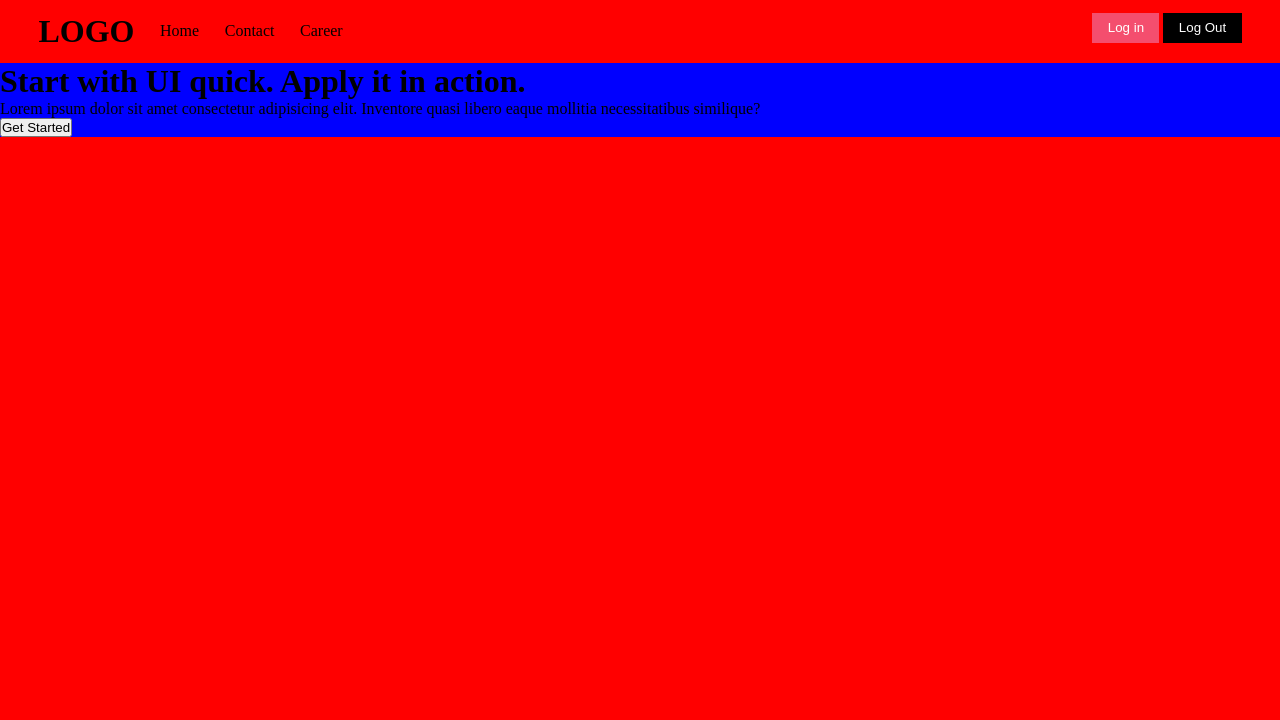
Repository: Ashishchakravartii/landingPage
Page: index.html
These files come from the project's save history. The page is drawn as it stood at one moment and after the next save; the edit follows.
The browser window is 1280 px wide. The pictures show the whole page.

Above is the page before, as saved 2024-07-24 12:38:25.

### index.html
<!DOCTYPE html>
<html lang="en">
  <head>
    <meta charset="UTF-8" />
    <meta name="viewport" content="width=device-width, initial-scale=1.0" />
    <title>Document</title>
    <link rel="stylesheet" href="style.css">
  </head>
  <body>
    <div class="main">
     <div class="navBar">
        <div class="navLeft">
        <h1>LOGO</h1>
        <a href="">Home</a>
        <a href="">Contact</a>
        <a href="">Career</a>
        </div>

        <div class="navRight">
            <button>Log in</button>
            <button>Log Out</button>
        </div>
     </div>
     <div class="bottomSec">
        <div class="bottomLeft">
            <h1>Start with UI quick. Apply it in action.</h1>
            <p>Lorem ipsum dolor sit amet consectetur adipisicing elit. Inventore quasi libero eaque mollitia necessitatibus similique?</p>
            <button>Get Started</button>
        </div>
        <div class="bottomRight"></div>
     </div>

    </div>
  </body>
</html>

### style.css
*{
    margin: 0;
    padding: 0;
    box-sizing: border-box;
}
html,
body{
    width: 100%;
    height: 100%;
}

.main{
    width: 100vw;
    height: 100vh;
    background-color: red;
}
.navBar{
    width: 100%;
    display: flex;
    justify-content: space-between;
    padding: 1vmax 3vmax;
}
.navLeft{
    display: flex;
    gap: 2vmax;
    align-items: center;
}
.navLeft>a{
    text-decoration: none;
    color: black;
}

.navRight>button{
    padding: 0.6vmax 1.2vmax;
    border: 0;
    color: white;
}
.navRight>button:first-child{
    background-color: #F44E6E;
}
.navRight>button:nth-child(2){
    background-color: black;
}

.bottomSec{
    background-color: blue;
    width: 100%;
    h
}

After the next save:
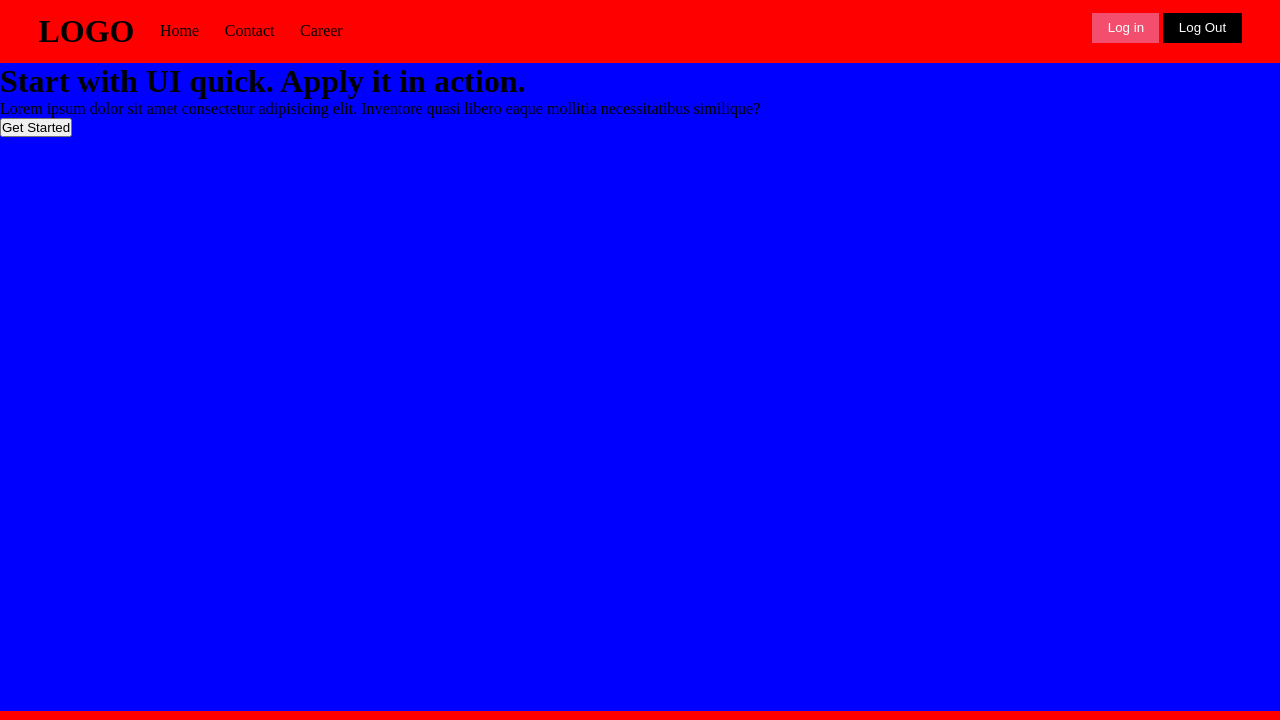
Saved 4 s later.
--- a/style.css
+++ b/style.css
@@ -45,5 +45,5 @@ body{
 .bottomSec{
     background-color: blue;
     width: 100%;
-    h
+    height: 90%;
 }
